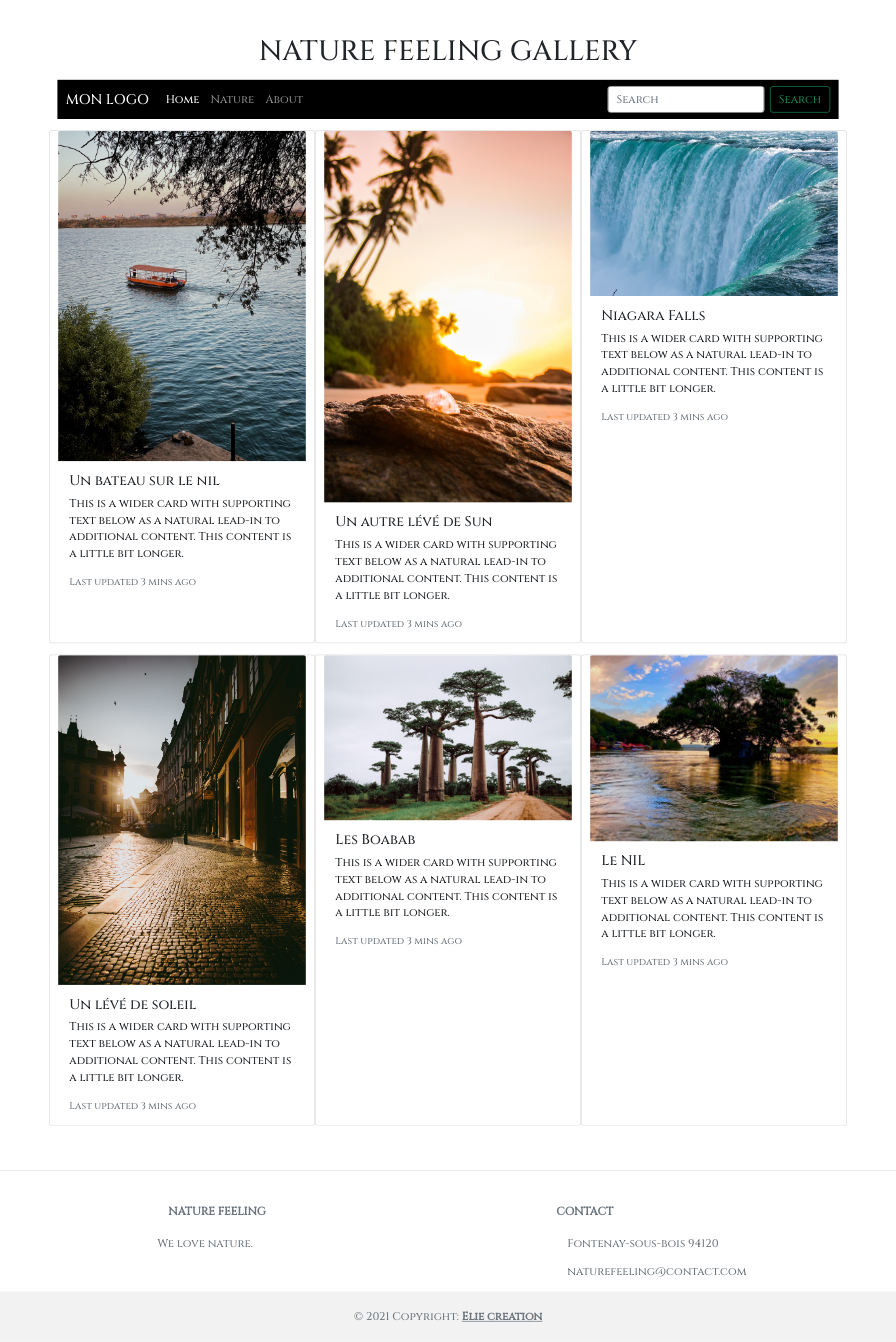
Repository: Elie-Dey/boot-start
Page: gallery.html
The author's editor kept a copy of each file at every save. The page is drawn from the files as they stood at one save, then again after the next save.
The browser window is 1280 px wide. The pictures show the whole page, at 70% of full size.
Some web fonts or font styles are not loaded; a fallback is used.

Above is the page before, as saved 2021-08-19 19:06:21.

### gallery.html
<!DOCTYPE html>
<html lang="en">
  <head>
    <meta charset="UTF-8" />
    <meta http-equiv="X-UA-Compatible" content="IE=edge" />
    <meta name="viewport" content="width=device-width, initial-scale=1.0" />
    <link rel="stylesheet" href="style.css" />
    <link rel="preconnect" href="https://fonts.googleapis.com" />
    <link rel="preconnect" href="https://fonts.gstatic.com" crossorigin />
    <link
      href="https://fonts.googleapis.com/css2?family=Cinzel:wght@500&family=Style+Script&display=swap"
      rel="stylesheet"
    />
    <link
      href="https://cdn.jsdelivr.net/npm/bootstrap@5.1.0/dist/css/bootstrap.min.css"
      rel="stylesheet"
      integrity="sha384-KyZXEAg3QhqLMpG8r+8fhAXLRk2vvoC2f3B09zVXn8CA5QIVfZOJ3BCsw2P0p/We"
      crossorigin="anonymous"
    />
    <title>Nature gallery</title>
  </head>
  <body>
    <div class="container">
      <h1 class="titre text-center pb-2 text-uppercase">
        Nature Feeling Gallery
      </h1>
      <!--bar de navigation -->
      <nav class="navbar navbar-expand-lg navbar-dark bg-black mb-3">
        <div class="container-fluid">
          <a class="navbar-brand" href="index.html">MON LOGO</a>
          <button
            class="navbar-toggler"
            type="button"
            data-bs-toggle="collapse"
            data-bs-target="#navbarSupportedContent"
            aria-controls="navbarSupportedContent"
            aria-expanded="false"
            aria-label="Toggle navigation"
          >
            <span class="navbar-toggler-icon"></span>
          </button>
          <div class="collapse navbar-collapse" id="navbarSupportedContent">
            <ul class="navbar-nav me-auto mb-2 mb-lg-0">
              <li class="nav-item">
                <a class="nav-link active" aria-current="page" href="index.html"
                  >Home</a
                >
              </li>
              <li class="nav-item">
                <a class="nav-link" href="#">Nature</a>
              </li>

              <li class="nav-item">
                <a class="nav-link" href="#" tabindex="-1" aria-disabled="true"
                  >About</a
                >
              </li>
            </ul>
            <form class="d-flex">
              <input
                class="form-control me-2"
                type="search"
                placeholder="Search"
                aria-label="Search"
              />
              <button class="btn btn-outline-success" type="submit">
                Search
              </button>
            </form>
          </div>
        </div>
      </nav>
      <!--bar de navigation -->

      <div class="row">
        <!--Images cards-->
        <div class="card mb-3 col-md-6 col-xl-4">
          <img
            src="images/ahmed-babiker-X8U9Hzxy7cE-unsplash.jpg"
            class="card-img-top"
            alt="..."
          />
          <div class="card-body">
            <h5 class="card-title">Un bateau sur le nil</h5>
            <p class="card-text">
              This is a wider card with supporting text below as a natural
              lead-in to additional content. This content is a little bit
              longer.
            </p>
            <p class="card-text">
              <small class="text-muted">Last updated 3 mins ago</small>
            </p>
          </div>
        </div>
        <div class="card mb-3 col-md-6 col-xl-4">
          <img
            src="images/florian-wehde-_2ECGFr12LM-unsplash.jpg"
            class="card-img-top"
            alt="..."
          />
          <div class="card-body">
            <h5 class="card-title">Un autre lévé de Sun</h5>
            <p class="card-text">
              This is a wider card with supporting text below as a natural
              lead-in to additional content. This content is a little bit
              longer.
            </p>
            <p class="card-text">
              <small class="text-muted">Last updated 3 mins ago</small>
            </p>
          </div>
        </div>
        <div class="card mb-3 col-md-6 col-xl-4">
          <img
            src="images/vince-veras-4xzIo1d5esI-unsplash.jpg"
            class="card-img-top"
            alt="..."
          />
          <div class="card-body">
            <h5 class="card-title">Niagara Falls</h5>
            <p class="card-text">
              This is a wider card with supporting text below as a natural
              lead-in to additional content. This content is a little bit
              longer.
            </p>
            <p class="card-text">
              <small class="text-muted">Last updated 3 mins ago</small>
            </p>
          </div>
        </div>
        <div class="card mb-3 col-md-6 col-xl-4">
          <img
            src="images/kevin-andre-9Q1t_docbak-unsplash.jpg"
            class="card-img-top"
            alt="..."
          />
          <div class="card-body">
            <h5 class="card-title">Un lévé de soleil</h5>
            <p class="card-text">
              This is a wider card with supporting text below as a natural
              lead-in to additional content. This content is a little bit
              longer.
            </p>
            <p class="card-text">
              <small class="text-muted">Last updated 3 mins ago</small>
            </p>
          </div>
        </div>
        <div class="card mb-3 col-md-6 col-xl-4">
          <img
            src="images/graphic-node-yPSbirjJWzs-unsplash.jpg"
            class="card-img-top"
            alt="..."
          />
          <div class="card-body">
            <h5 class="card-title">Les Boabab</h5>
            <p class="card-text">
              This is a wider card with supporting text below as a natural
              lead-in to additional content. This content is a little bit
              longer.
            </p>
            <p class="card-text">
              <small class="text-muted">Last updated 3 mins ago</small>
            </p>
          </div>
        </div>

        <div class="card mb-3 col-md-6 col-xl-4">
          <img
            src="images/melissa-askew-cs8Xa4t1hvc-unsplash.jpg"
            class="card-img-top"
            alt="..."
          />
          <div class="card-body">
            <h5 class="card-title">Le NIL</h5>
            <p class="card-text">
              This is a wider card with supporting text below as a natural
              lead-in to additional content. This content is a little bit
              longer.
            </p>
            <p class="card-text">
              <small class="text-muted">Last updated 3 mins ago</small>
            </p>
          </div>
        </div>
        <!--Images cards-->
      </div>
    </div>

    <!-- Footer -->
    <footer class="text-center text-lg-start bg-white text-muted">
      <!-- Section: Social media -->
      <section
        class="
          d-flex
          justify-content-center justify-content-lg-between
          p-4
          border-bottom
        "
      ></section>
      <!-- Section: Social media -->

      <!-- Section: Links  -->
      <section class="">
        <div class="container text-center text-md-start mt-5">
          <!-- Grid row -->
          <div class="row mt-3">
            <!-- Grid column -->
            <div class="col-md-3 col-lg-4 col-xl-3 mx-auto mb-4">
              <!-- Content -->
              <h6 class="text-uppercase fw-bold mb-4">
                <i class="fas fa-gem me-3"></i>Nature Feeling
              </h6>
              <p>We love nature.</p>
            </div>

            <!-- Grid column -->
            <div class="col-md-4 col-lg-3 col-xl-3 mx-auto mb-md-0 mb-4">
              <!-- Links -->
              <h6 class="text-uppercase fw-bold mb-4">Contact</h6>
              <p><i class="fas fa-home me-3"></i> Fontenay-sous-bois 94120</p>
              <p>
                <i class="fas fa-envelope me-3"></i>
                naturefeeling@contact.com
              </p>
            </div>
            <!-- Grid column -->
          </div>
          <!-- Grid row -->
        </div>
      </section>
      <!-- Section: Links  -->

      <!-- Copyright -->
      <div
        class="text-center p-4"
        style="background-color: rgba(0, 0, 0, 0.05)"
      >
        © 2021 Copyright:
        <a class="text-reset fw-bold" href="">Elie creation</a>
      </div>
      <!-- Copyright -->
    </footer>
    <!-- Footer -->

    <script
      src="https://cdn.jsdelivr.net/npm/bootstrap@5.1.0/dist/js/bootstrap.bundle.min.js"
      integrity="sha384-U1DAWAznBHeqEIlVSCgzq+c9gqGAJn5c/t99JyeKa9xxaYpSvHU5awsuZVVFIhvj"
      crossorigin="anonymous"
    ></script>
  </body>
</html>

### style.css
.titre {
  font-family: "Cinzel", serif;
  margin-top: 50px;
}

* {
  font-family: "Cinzel", serif;
}

After the next save:
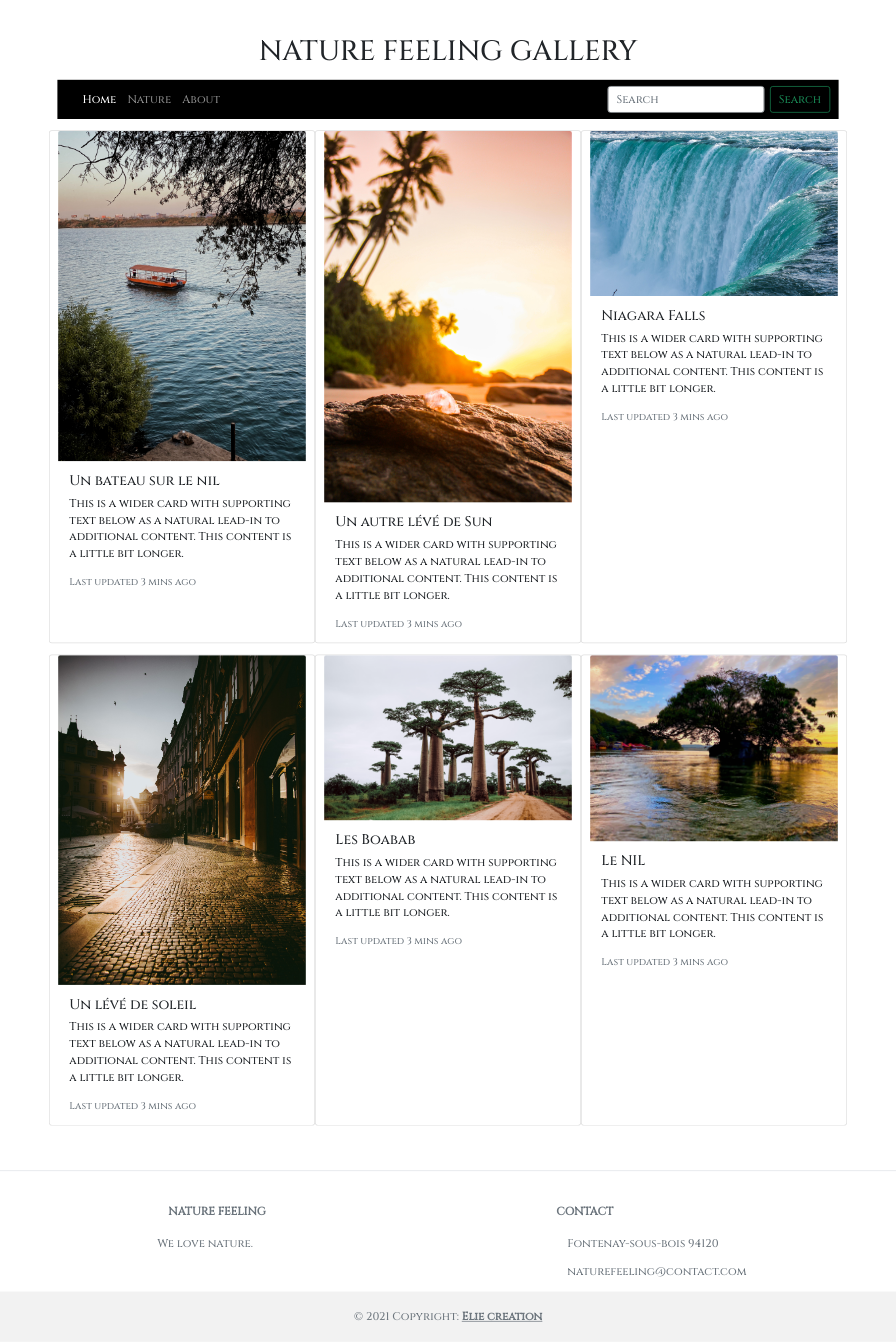
Not found: images/Nature Feeling.png
Saved 17 min 2 s later.
--- a/gallery.html
+++ b/gallery.html
@@ -27,7 +27,9 @@
       <!--bar de navigation -->
       <nav class="navbar navbar-expand-lg navbar-dark bg-black mb-3">
         <div class="container-fluid">
-          <a class="navbar-brand" href="index.html">MON LOGO</a>
+          <a class="navbar-brand" href="index.html"
+            ><img src="images/Nature Feeling.png" alt="" srcset=""
+          /></a>
           <button
             class="navbar-toggler"
             type="button"

After the save that followed:
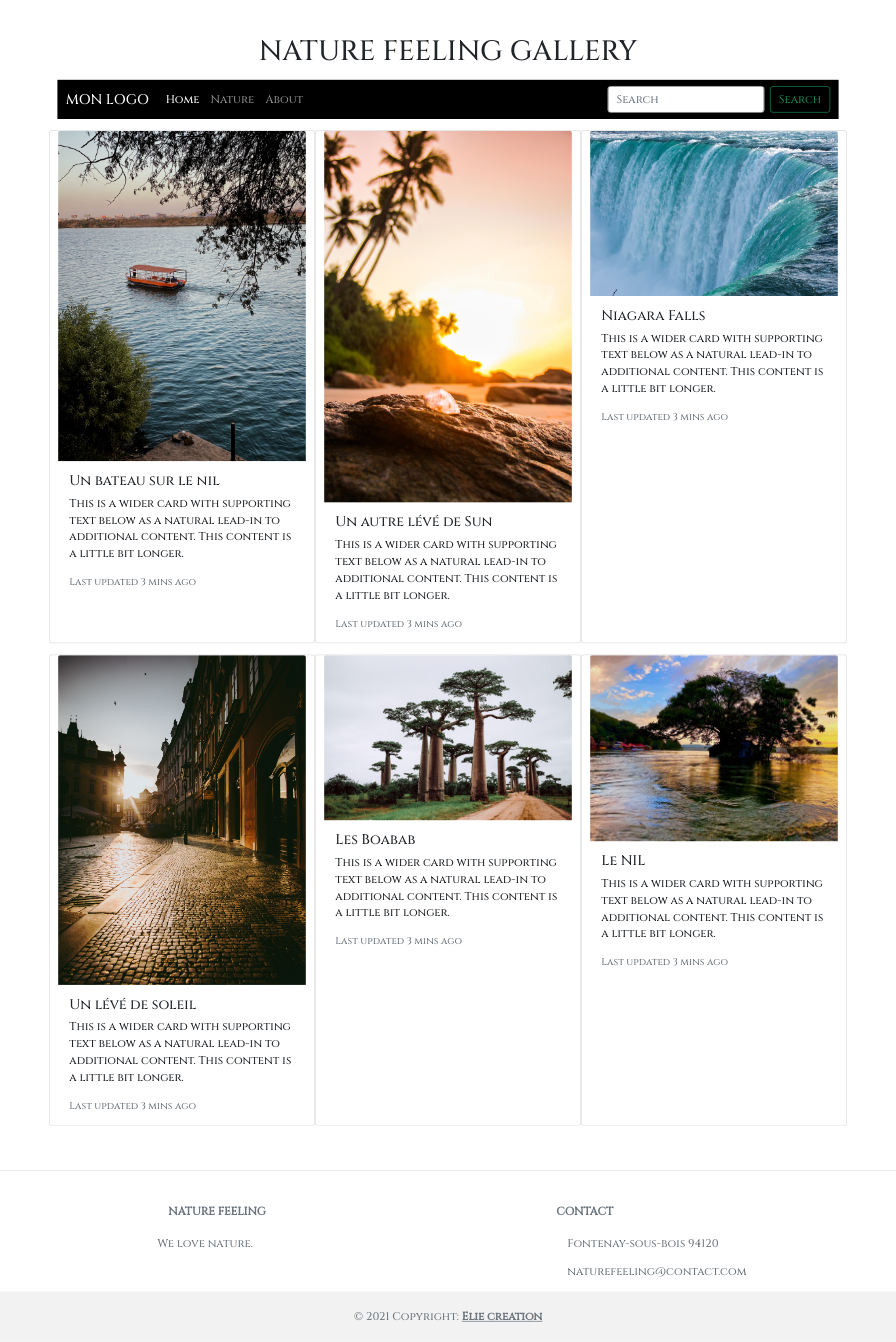
Saved 65 s later.
--- a/gallery.html
+++ b/gallery.html
@@ -27,9 +27,7 @@
       <!--bar de navigation -->
       <nav class="navbar navbar-expand-lg navbar-dark bg-black mb-3">
         <div class="container-fluid">
-          <a class="navbar-brand" href="index.html"
-            ><img src="images/Nature Feeling.png" alt="" srcset=""
-          /></a>
+          <a class="navbar-brand" href="index.html">MON LOGO</a>
           <button
             class="navbar-toggler"
             type="button"
